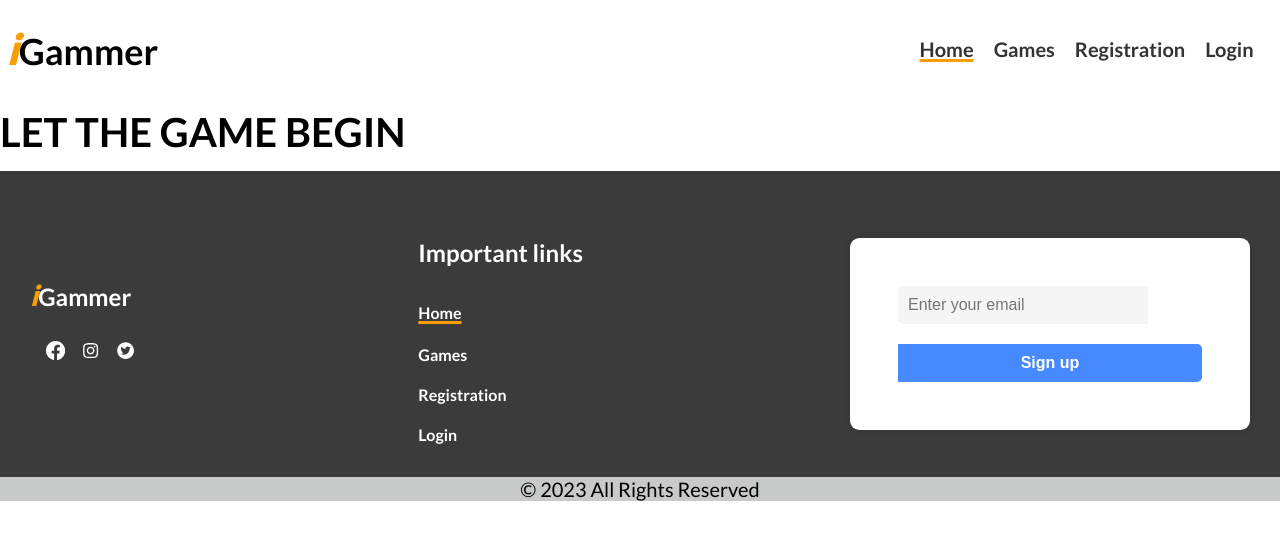
Repository: DannyMyles/iGammer
Page: /
The author's editor kept a copy of each file at every save. The page is drawn from the files as they stood at one save, then again after a run of saves.
The browser window is 1280 px wide. The pictures show the whole page.
The project was rebuilt for these pictures with package versions that can differ from the ones it lists, and the page was loaded fresh each time. Also part of the build but not shown: src/pages/games/games.css, src/pages/games/Games.tsx, src/pages/home/home.css, src/pages/login/Login.tsx, src/pages/playgame/playgame.css, src/pages/playgame/PlayGame.tsx, src/pages/register/register.css, src/pages/register/Register.tsx.

Above is the page before, as saved 2023-03-16 11:45:13.

After the next 2 saves:
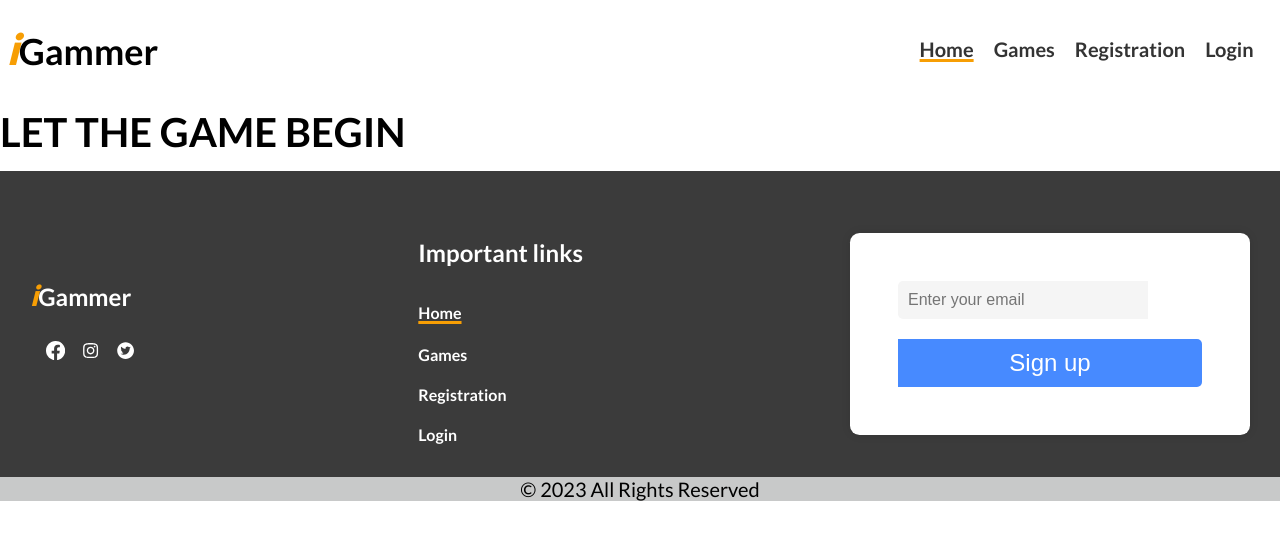
The 2 saves are shown as one change because they came seconds apart.
The last was saved 7 min 31 s later.
--- a/src/pages/login/login.css
+++ b/src/pages/login/login.css
@@ -42,15 +42,15 @@
   }
 
   button {
-    width: 100%;
-    padding: 10px;
-    border-radius: 5px;
-    border: none;
-    background-color: #0077cc;
-    color: white;
-    font-size: 16px;
-    font-weight: bold;
-    cursor: pointer;
+  padding: .5em 1em;
+  font-size: 1.5rem;
+  font-weight: lighter;
+  color: white;
+  background-color: hsl(var(--primary-hsl), .25);
+  border: 1px solid hsl(var(--primary-hsl));
+  border-radius: .25em;
+  outline: none;
+  cursor: pointer;
   }
 
   button:hover {
